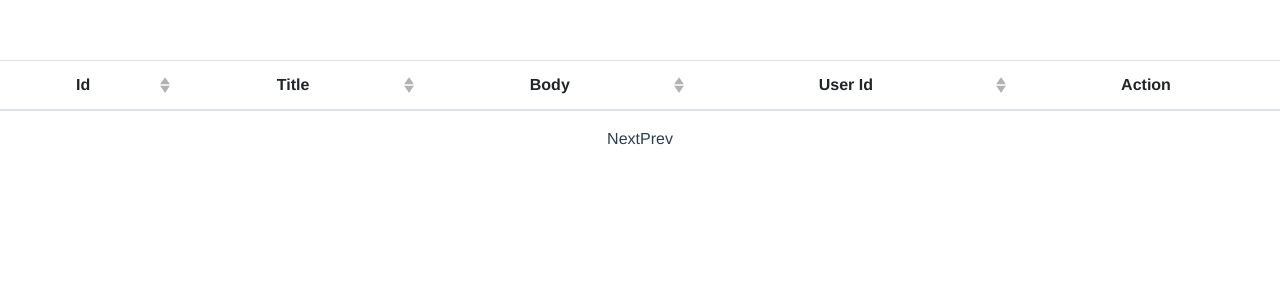
Repository: rupeshpawar93/vue-profile
Page: /
These files come from the project's save history. The page is drawn as it stood at one moment and after the next save; the edit follows.
The browser window is 1280 px wide. The pictures show the whole page.
The page's requests for data from a server got no answer. The project was rebuilt for these pictures with package versions that can differ from the ones it lists, and the page was loaded fresh each time. No one was signed in, and anything a server would have sent is missing. Also part of the build but not shown: webpack.config.js, src/components/Portfolio_detail.vue.

Above is the page before, as saved 2019-11-01 11:32:11.

After the next save:
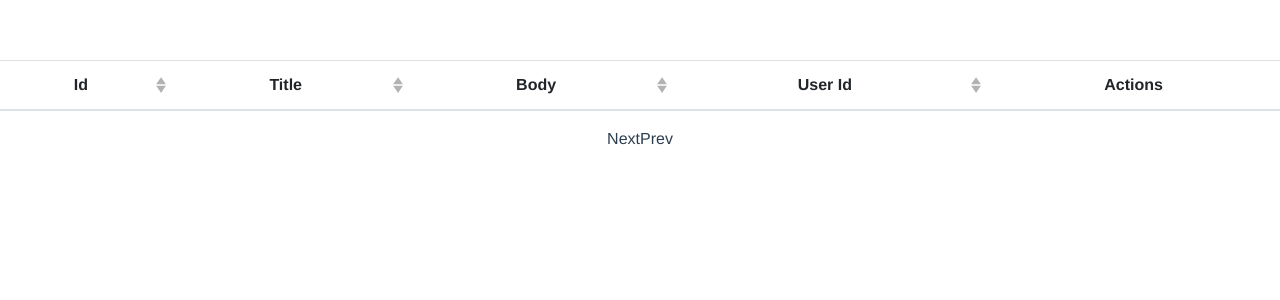
Saved 44 s later.
--- a/src/components/Portfolio.vue
+++ b/src/components/Portfolio.vue
@@ -22,7 +22,7 @@ export default {
         return {
             fields: [ {key:'id',sortable:true},{ key: 'title', sortable: true },
           { key: 'body', sortable: true },
-          { key: 'userId', sortable: true },{key:'action'}],
+          { key: 'userId', sortable: true },{ key: 'actions', label: 'Actions' }],
             items: [
             ],
             obj:{},
